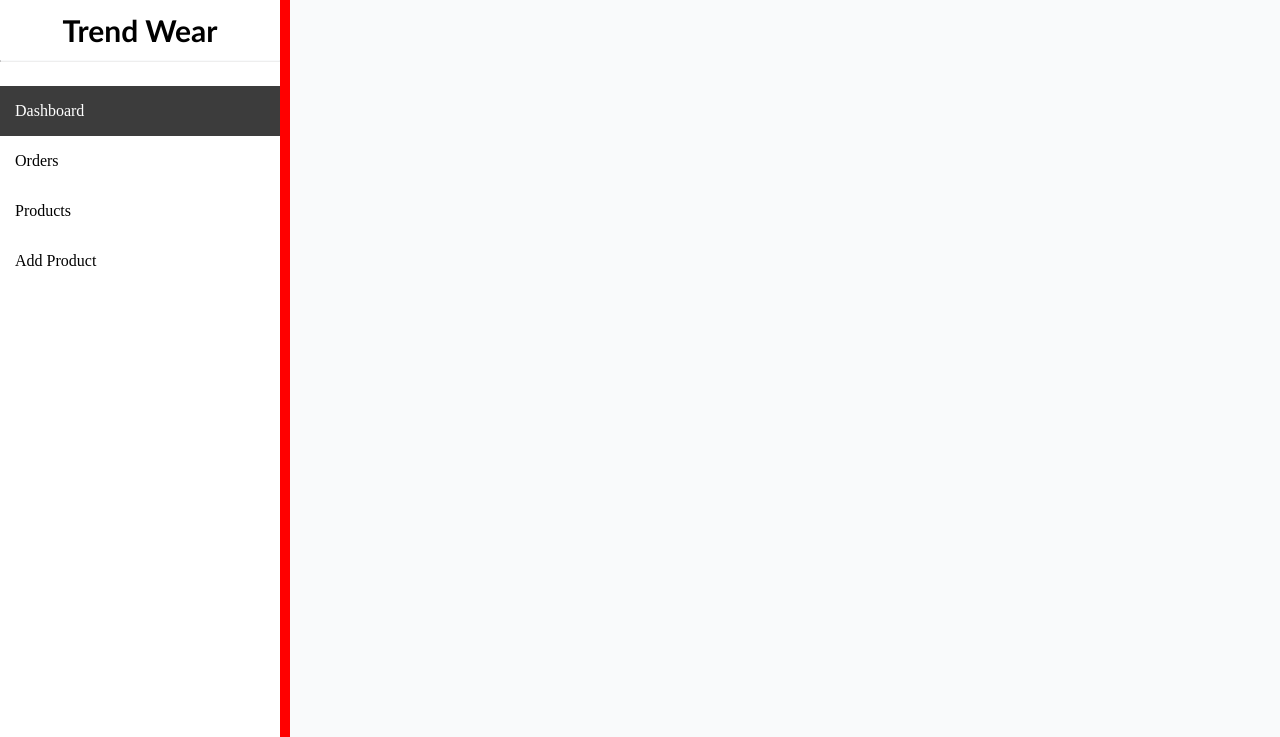
Repository: ahmad-dev7/TrendWear
Page: / (app in trend_wear_dashboard/)
The author's editor kept a copy of each file at every save. The page is drawn from the files as they stood at one save, then again after the next save.
The browser window is 1280 px wide. The pictures show the whole page.
The project was rebuilt for these pictures with package versions that can differ from the ones it lists, and the page was loaded fresh each time. Also part of the build but not shown: trend_wear_dashboard/vite.config.ts.

Above is the page before, as saved 2025-01-19 15:59:45.

After the next save:
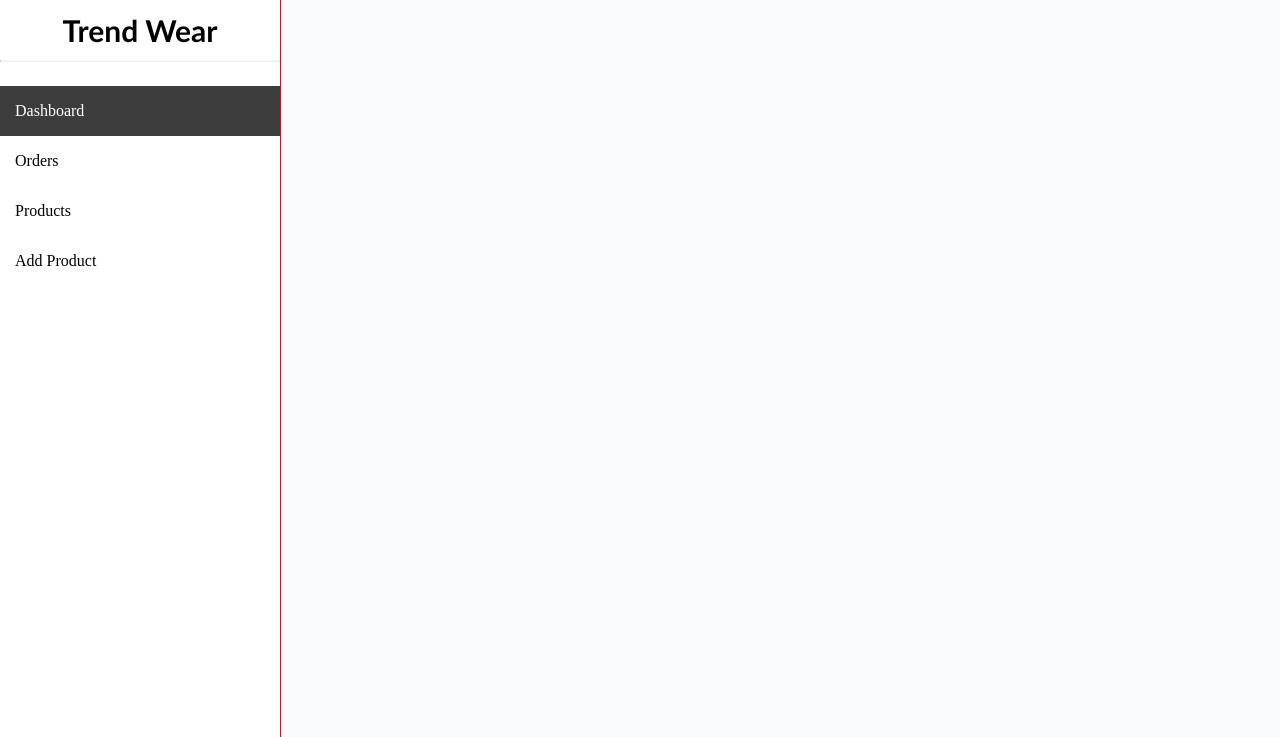
Saved 6 s later.
--- a/trend_wear_dashboard/src/Sidebar/sidebar.css
+++ b/trend_wear_dashboard/src/Sidebar/sidebar.css
@@ -4,7 +4,7 @@
     width: 280px;
     height: 99vh;
     padding: 12px 0px 12px 0px;
-    border-right: 10px solid red;
+    border-right: 1px solid red;
 }
 
 /* Header with title [Trend Wear] */
